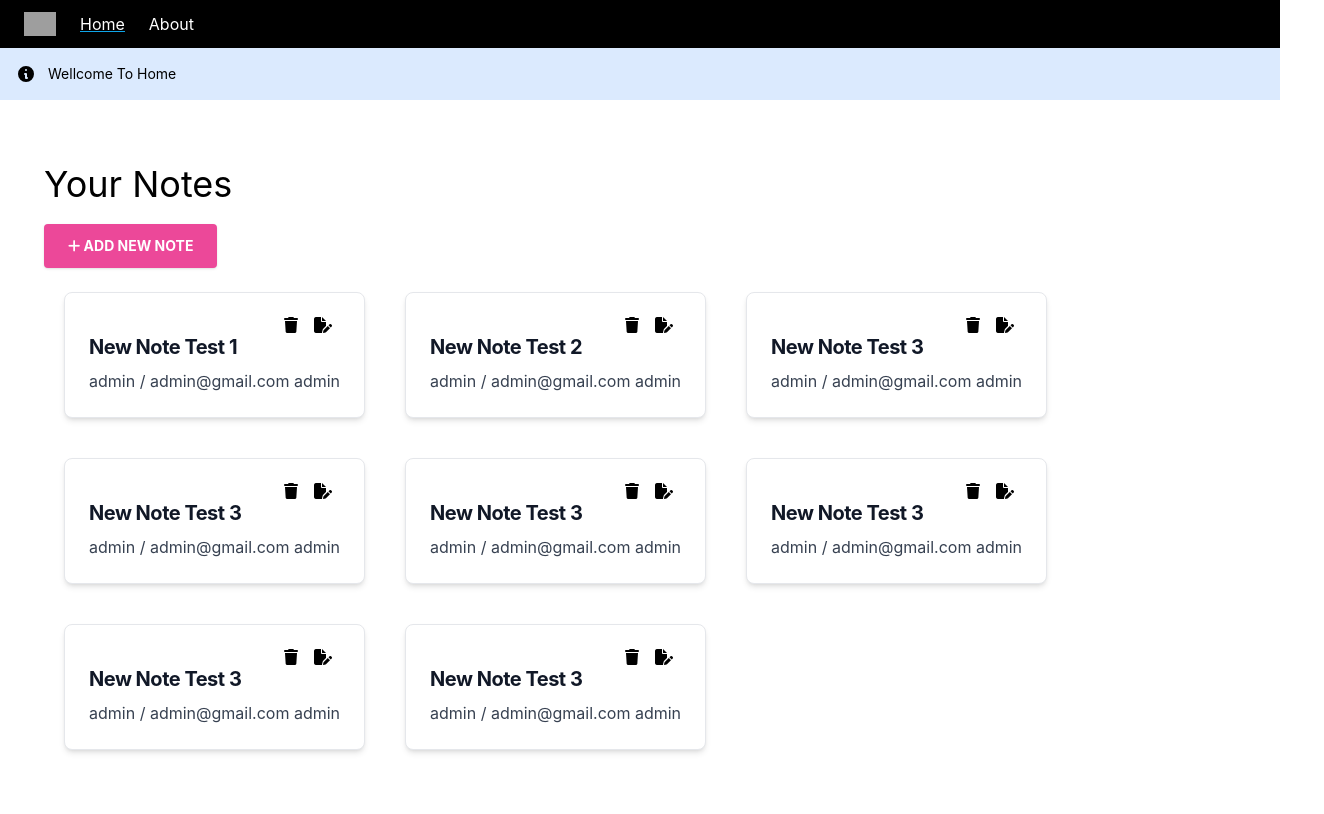
Repository: sonawaneteju4/iNote
Page: /
The author's editor kept a copy of each file at every save. The page is drawn from the files as they stood at one save, then again after the next save.
The browser window is 1280 px wide. The page is 1324 px wide, so the pictures cover 1324 px, including what lies to the right of the window. The pictures show the whole page.
Pictures or frames that could not be fetched are drawn as grey boxes. Some web libraries are served in a nearby version. The project was rebuilt for these pictures with package versions that can differ from the ones it lists, and the page was loaded fresh each time. Also part of the build but not shown: src/components/AddNote.js, src/components/About.js.

Above is the page before, as saved 2022-10-11 10:49:17.

After the next save:
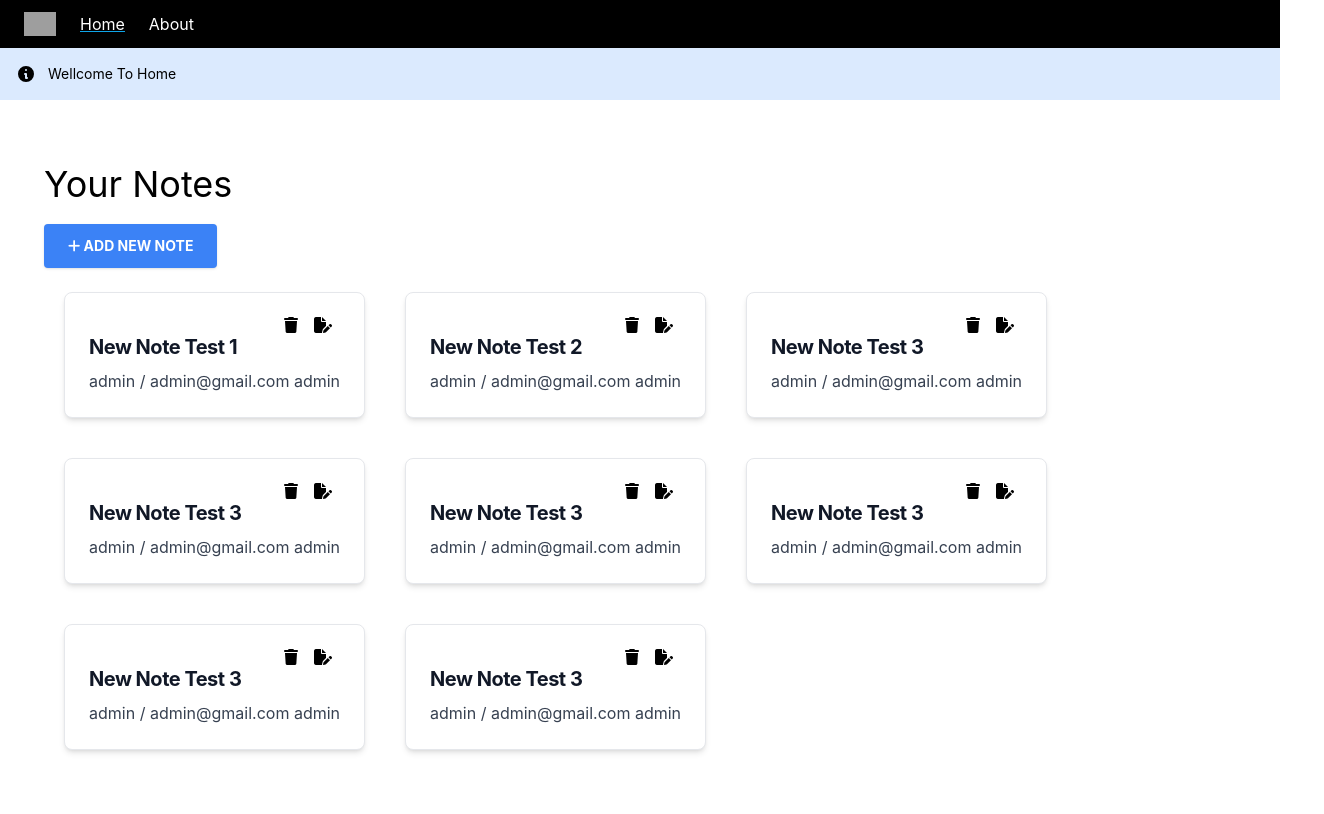
Saved 4 s later.
--- a/src/components/Notes.js
+++ b/src/components/Notes.js
@@ -13,7 +13,7 @@ const Notes = () => {
       <h1 className='py-5 text-4xl'>Your Notes</h1>
 
       <button
-        className="bg-pink-500 text-white active:bg-pink-600 font-bold uppercase text-sm px-6 py-3 rounded shadow hover:shadow-lg outline-none focus:outline-none mr-1 mb-1 ease-linear transition-all duration-150"
+        className="bg-blue-500 text-white active:bg-pink-600 font-bold uppercase text-sm px-6 py-3 rounded shadow hover:shadow-lg outline-none focus:outline-none mr-1 mb-1 ease-linear transition-all duration-150"
         type="button"
         onClick={() => setShowModal(true)}
       >
